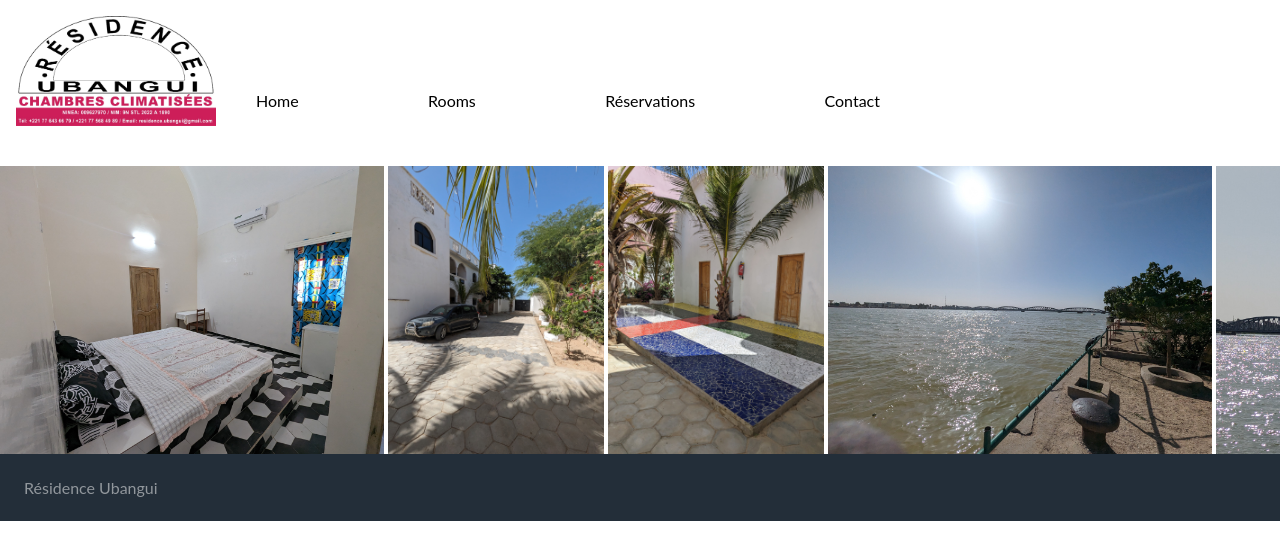
Repository: Nedjim/ubangui
Page: /home
The author's editor kept a copy of each file at every save. The page is drawn from the files as they stood at one save, then again after the next save.
The browser window is 1280 px wide. The pictures show the whole page.
The project was rebuilt for these pictures with package versions that can differ from the ones it lists, and the page was loaded fresh each time. The framework's server and built-in components were replaced by stand-ins that run in the browser. Also part of the build but not shown: nuxt.config.ts, components/PageTitle.vue, components/Test.vue.

Above is the page before, as saved 2024-01-11 20:51:11.

After the next save:
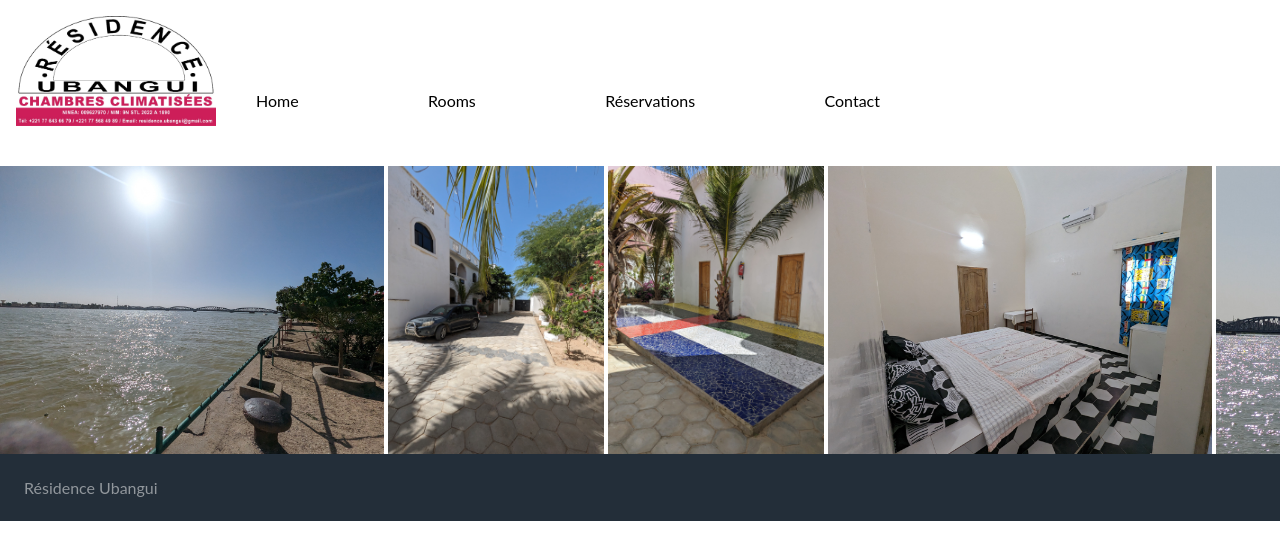
Saved 33 s later.
--- a/components/Carousel.vue
+++ b/components/Carousel.vue
@@ -1,9 +1,9 @@
 <template>
      <div class="carousel">
-      <img src="~/assets/img/room-1.jpg" alt="room-1" />
+      <img src="~/assets/img/landscape.jpg" alt="landscape" />
       <img src="~/assets/img/home-1.jpg" alt="home-1" />
       <img src="~/assets/img/home-2.jpg" alt="home-2" />
-      <img src="~/assets/img/landscape.jpg" alt="landscape" />
+      <img src="~/assets/img/room-1.jpg" alt="room-1" />
       <img src="~/assets/img/landscape-2.jpg" alt="landscape-2" />
     </div>
 </template>
